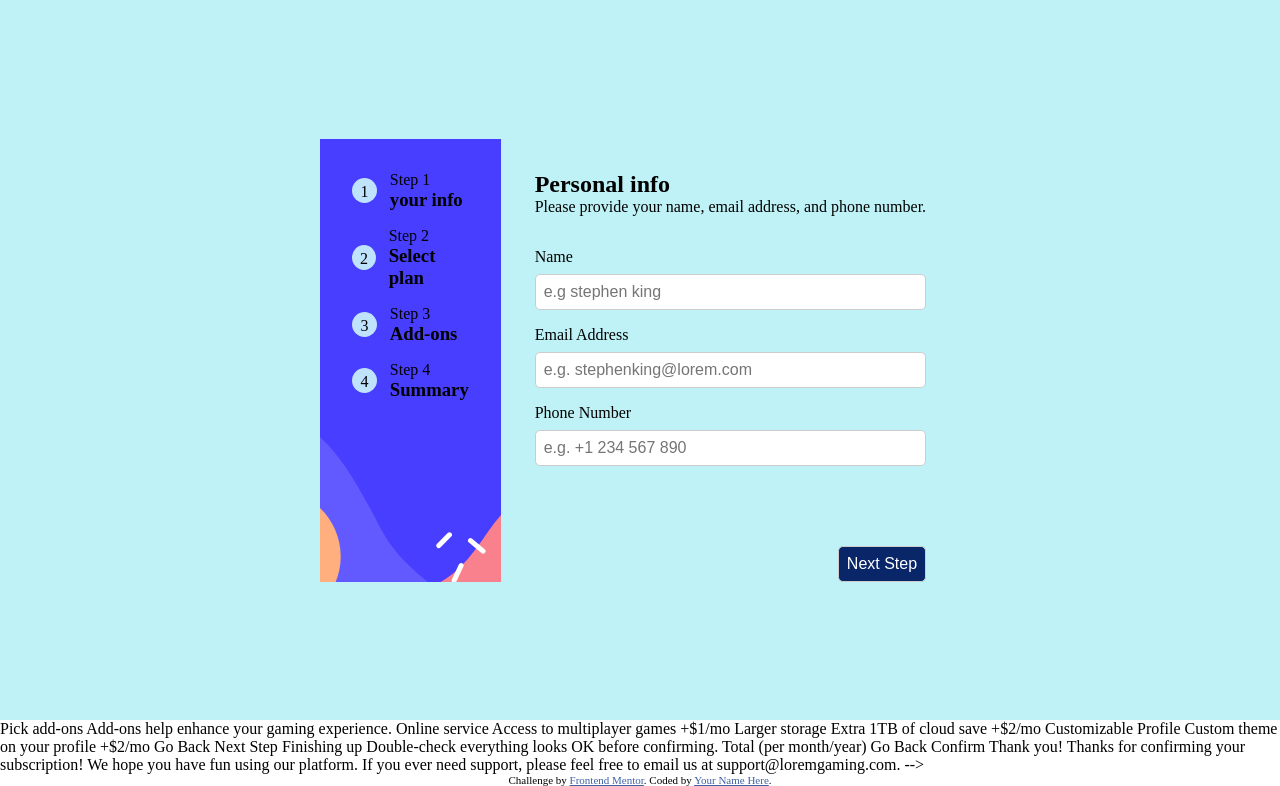
Repository: reemoon-ctrl/reemoon-ctrl.github.io
Page: index.html
These files come from the project's save history. The page is drawn as it stood at one moment and after the next save; the edit follows.
The browser window is 1280 px wide. The pictures show the whole page.

Above is the page before, as saved 2025-04-29 09:29:49.

After the next save:
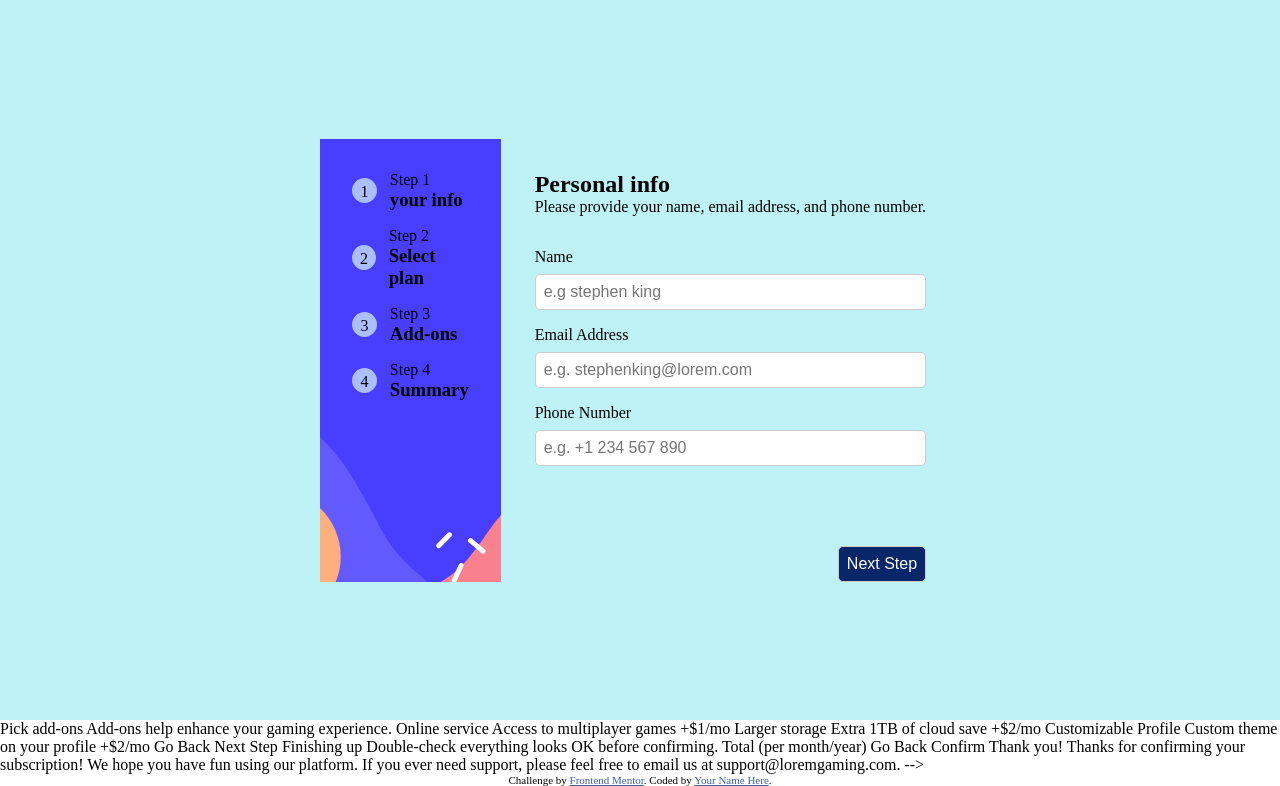
Saved 88 s later.
--- a/style.css
+++ b/style.css
@@ -50,7 +50,7 @@
 .sidebar_ele>div:first-child{
     width: 25px;
     height:25px;
-    background-color: #bfe2fd;
+    background-color: #adbeff;
     border: 1px bold white;
     border-radius: 50%;
     text-align: center;
